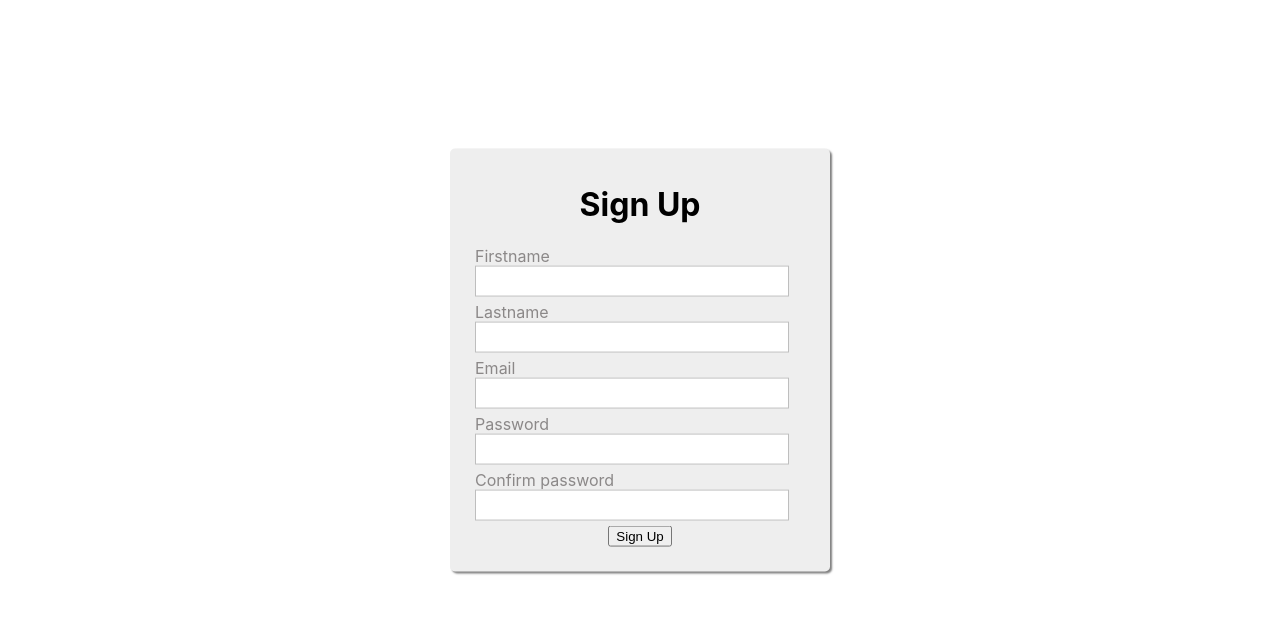
Repository: khamraeva/JSP-homework1-sighup
Page: /
The author's editor kept a copy of each file at every save. The page is drawn from the files as they stood at one save, then again after the next save.
The browser window is 1280 px wide. The pictures show the whole page.
The project was rebuilt for these pictures with package versions that can differ from the ones it lists, and the page was loaded fresh each time.

Above is the page before, as saved 2020-07-22 17:18:45.

After the next save:
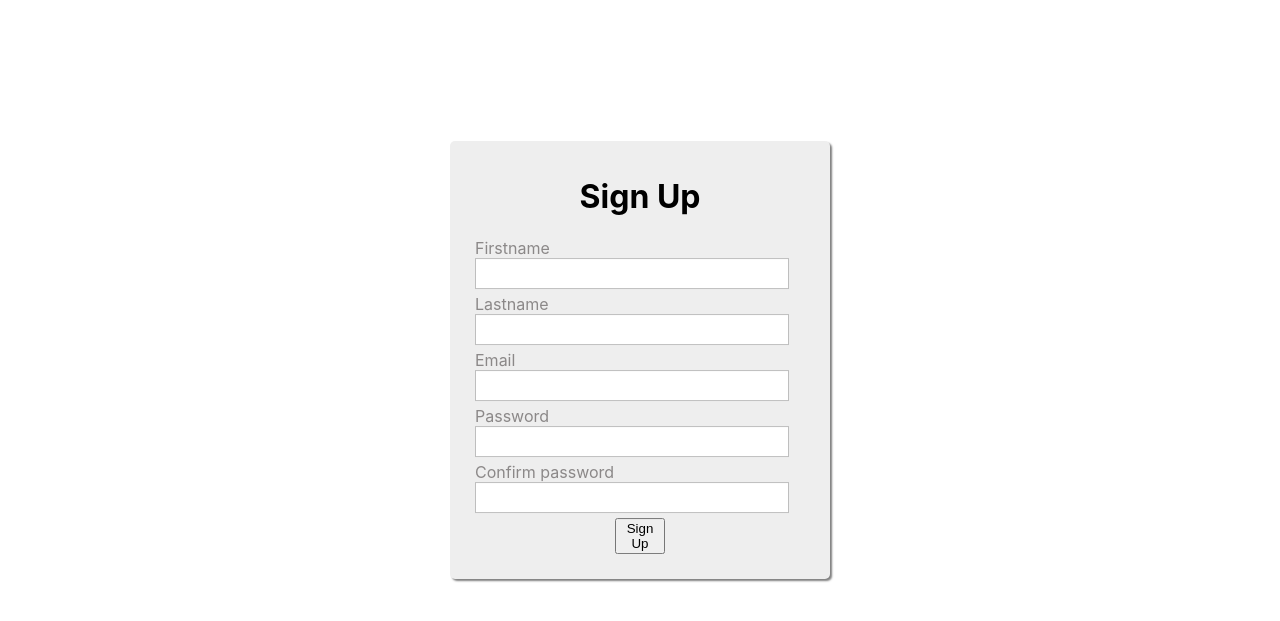
Saved 31 s later.
--- a/src/Components/SignUp/SignUp.css
+++ b/src/Components/SignUp/SignUp.css
@@ -39,5 +39,5 @@
 }
 
 .btn-wrapper button {
-
+    width: 50px;
 }

After the save that followed:
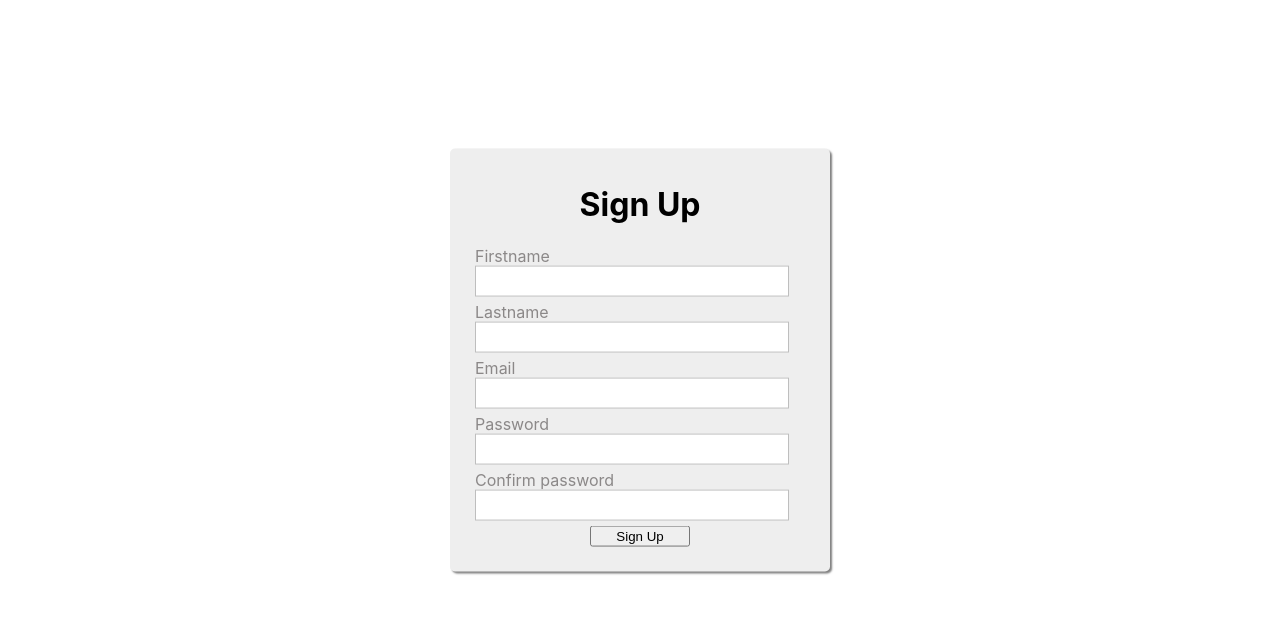
Saved 6 s later.
--- a/src/Components/SignUp/SignUp.css
+++ b/src/Components/SignUp/SignUp.css
@@ -39,5 +39,5 @@
 }
 
 .btn-wrapper button {
-    width: 50px;
+    width: 100px;
 }
